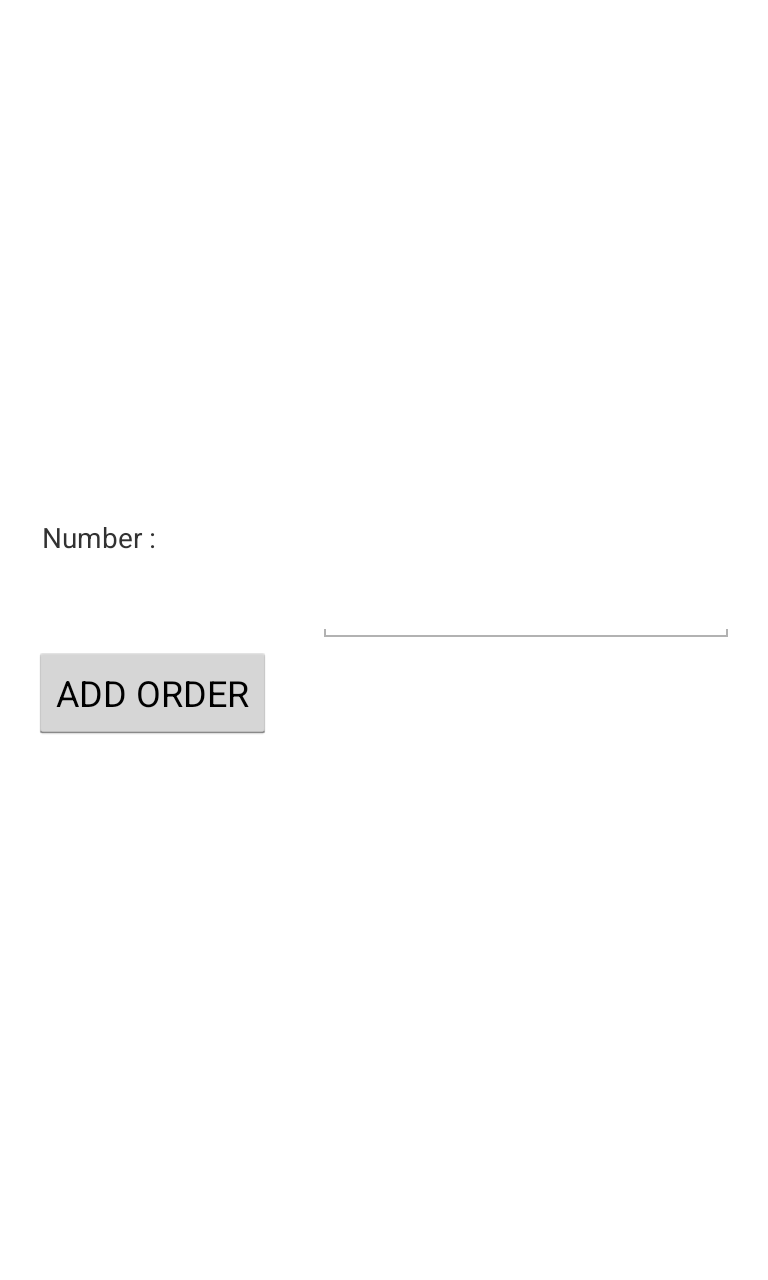
Repository: erenerdogan/ERMS
Layout: ERMSMobile/ERMS/res/layout/activity_product_detail.xml
The author's editor kept a copy of each file at every save. The layout is drawn from the files as they stood at one save, then again after the next save.
It is drawn on a 768 x 1280 px phone screen (xhdpi) without system bars, with theme AppTheme; the app's code is not run.

Above is the layout before, as saved 2013-12-21 12:43:15.

After the next save:
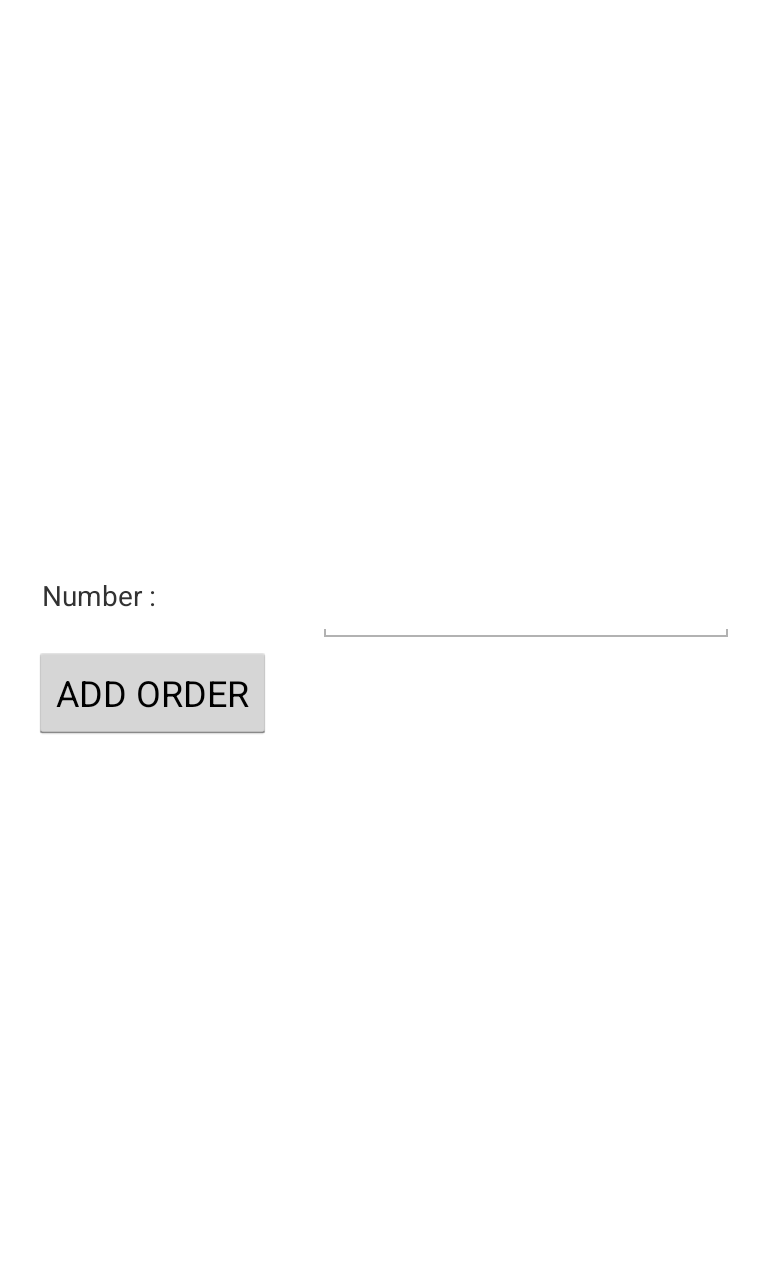
Saved 13 s later.
--- a/ERMSMobile/ERMS/res/layout/activity_product_detail.xml
+++ b/ERMSMobile/ERMS/res/layout/activity_product_detail.xml
@@ -59,7 +59,7 @@
                 android:layout_width="fill_parent"
                 android:layout_height="wrap_content"
                 android:layout_alignParentLeft="true"
-                android:layout_below="@+id/pdetailpricetextView"
+                android:layout_below="@+id/pdetailcaloritextView"
                 android:layout_margin="5dip"
                 android:text="Number :" />
 
